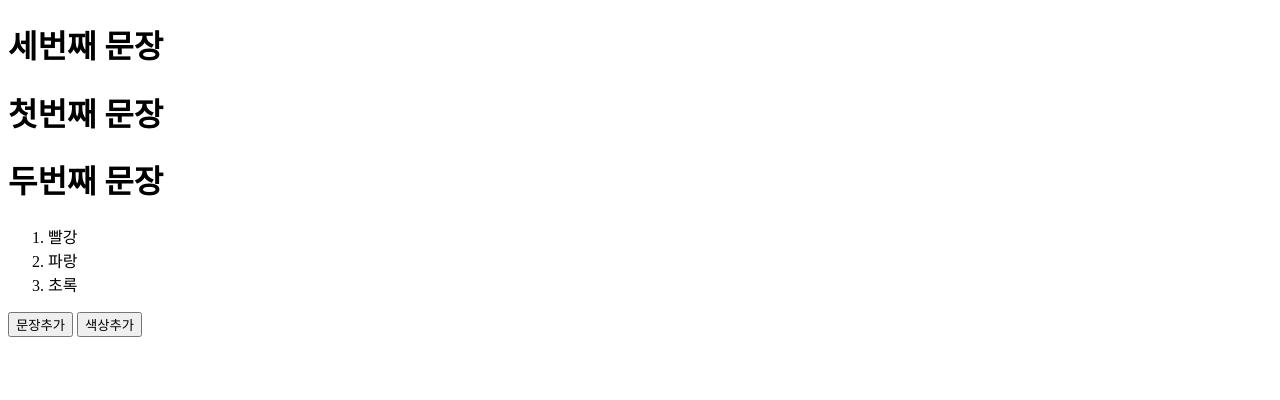
Repository: chopilyeon/JavaWeb
Page: LectureWeb/src/main/webapp/jquery/exam04.html
An editor plug-in stored every save of this project. The page is shown before and after the next save, followed by the edit.
The browser window is 1280 px wide. The pictures show the whole page.
After loading, the first visible `#btn01` was clicked once.

Above is the page before, as saved 2022-05-30 07:59:22.

After the next save:
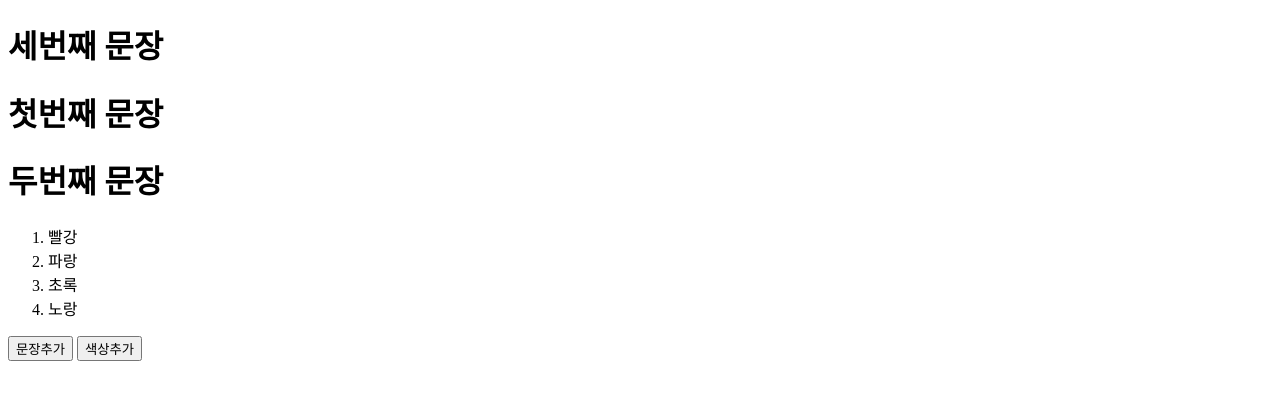
Saved 39 s later.
--- a/LectureWeb/src/main/webapp/jquery/exam04.html
+++ b/LectureWeb/src/main/webapp/jquery/exam04.html
@@ -22,6 +22,11 @@ $(document).ready(function(){
 	$('div').prepend('<h1>세번째 문장</h1>') // 이거는 큰자식으로 들어가게 됨
 	//div의 자식태그로 넣어주겠다 이거임. 위에꺼보다 훨씬 간단함.
 })
+	$('#btn01').click(function(){
+		$('ol').append('<li>노랑</li>')
+	})
+
+
 
 
 })
